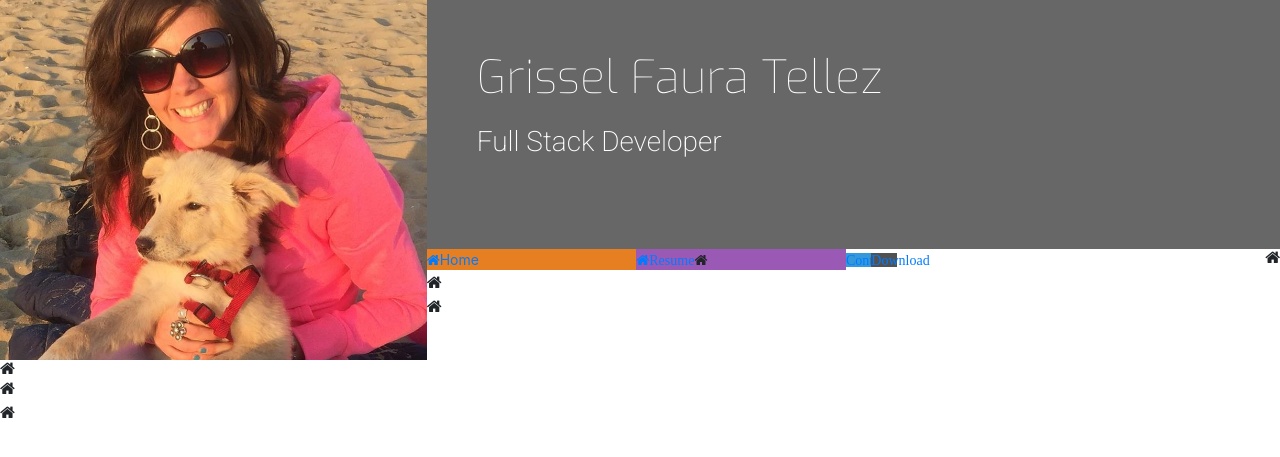
Repository: grisselfaura/Resume-Project-Introduction
Page: index.html
The author's editor kept a record of every edit. The page is drawn from the files as they stood at one moment, then again after the next edit.
The browser window is 1280 px wide. The pictures show the whole page.

Above is the page before.

After the next edit:
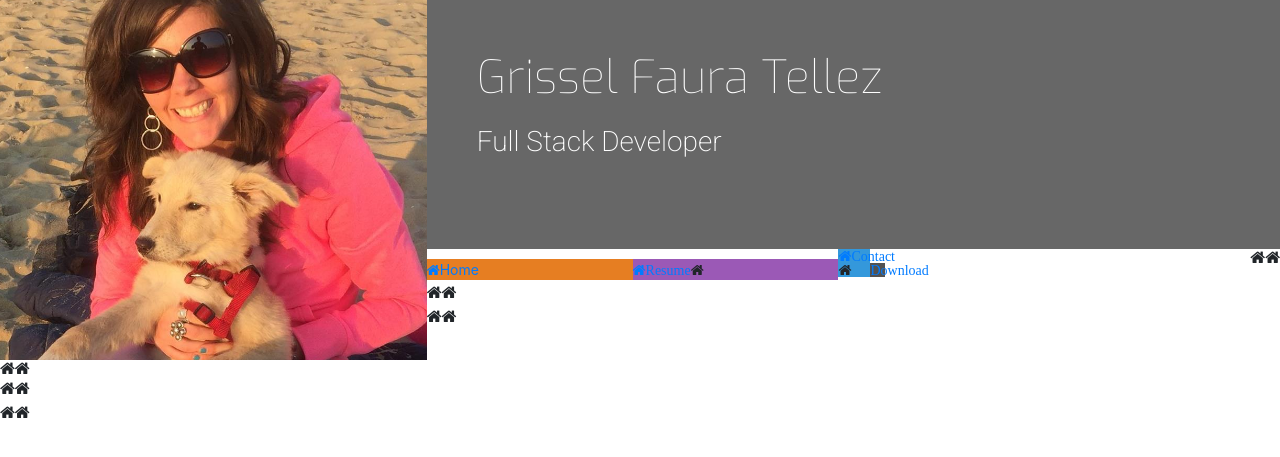
The edit:
--- a/index.html
+++ b/index.html
@@ -30,7 +30,7 @@
                                <a href="#"><i class="fa fa-home" aria-hidden="true"></i<span>Resume</span></a>
                            </li>
                            <li class="col-6 col-sm-3 ui-menu-color-contact list-inline-item">
-                               <a href="#"><span>Contact</span></a>
+                               <a href="#"><i class="fa fa-home" aria-hidden="true"></i<span>Contact</span></a>
                            </li>
                            <li class="col-6 col-sm-3 ui-menu-color-download list-inline-item">
                                <a href="#"><span>Download</span></a>
